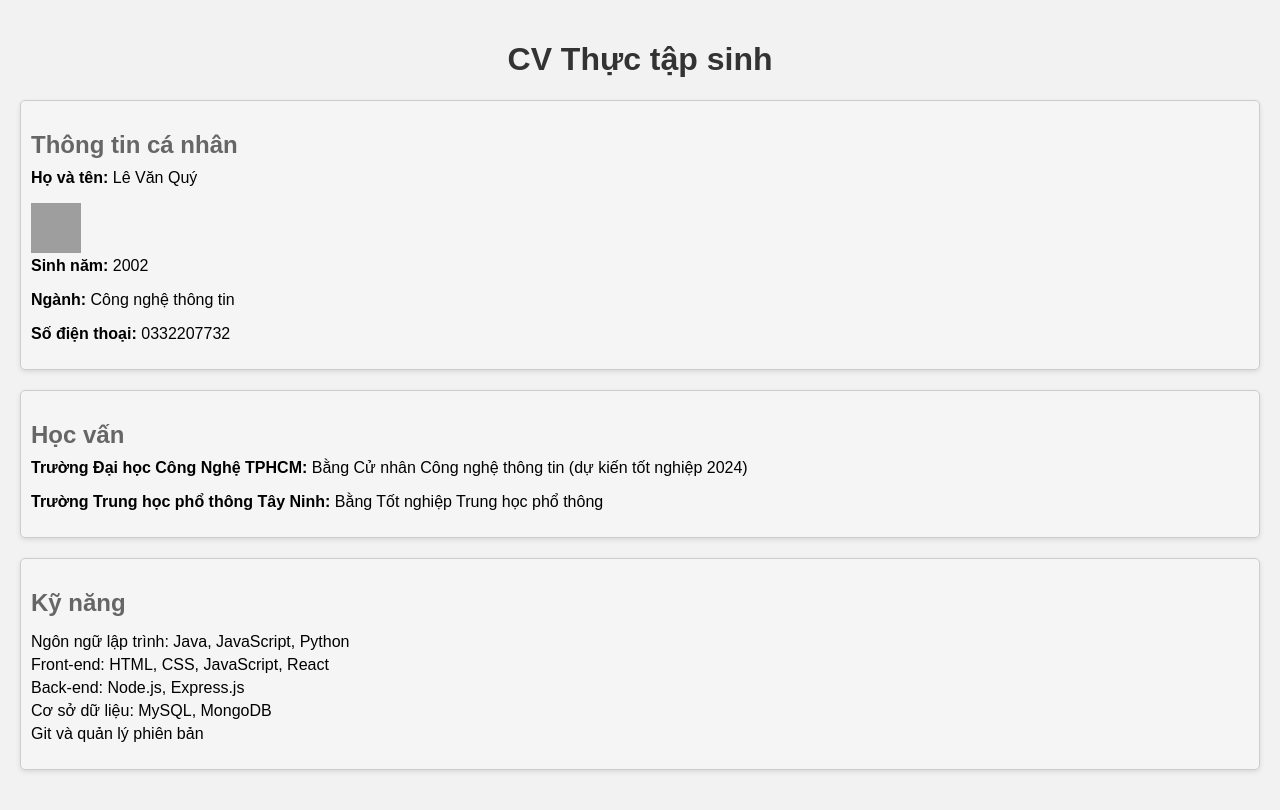
Repository: Quyed1/MonCongCu
Page: index.html
The author's editor kept a copy of each file at every save. The page is drawn from the files as they stood at one save, then again after the next save.
The browser window is 1280 px wide. The pictures show the whole page.
Pictures or frames that could not be fetched are drawn as grey boxes.

Above is the page before, as saved 2024-03-15 10:22:41.

### index.html
<!DOCTYPE html>
<html lang="en">
<head>
  <meta charset="UTF-8">
  <meta name="viewport" content="width=device-width, initial-scale=1.0">
  <title>CV Thực tập sinh</title>
  <style>
    body {
      font-family: Arial, sans-serif;
      margin: 0;
      padding: 20px;
    }
    h1 {
      color: #333;
    }
    h2 {
      color: #666;
      margin-bottom: 10px;
    }
    p {
      margin-top: 0;
    }
    .section {
      margin-bottom: 20px;
    }
    .section-title {
      font-weight: bold;
    }
  </style>
</head>
<body>
  <h1>CV Thực tập sinh</h1>

  <div class="section">
    <h2>Thông tin cá nhân</h2>
    <p><strong>Họ và tên:</strong> Lê Văn Quý</p>
    <img src="https://studiochupanhdep.com/Upload/Images/Album/anh-cv-dep.jpg" alt="Ảnh cá nhân" class="profile-image">
    <p><strong>Sinh năm:</strong> 2002</p>
    <p><strong>Ngành:</strong> Công nghệ thông tin</p>
    <p><strong>Số điện thoại:</strong> 0332207732</p>
  </div>

  <div class="section">
    <h2>Học vấn</h2>
    <p><strong>Trường Đại học Công Nghệ TPHCM:</strong> Bằng Cử nhân Công nghệ thông tin (dự kiến tốt nghiệp 2024)</p>
    <p><strong>Trường Trung học phổ thông Tây Ninh:</strong> Bằng Tốt nghiệp Trung học phổ thông</p>
  </div>

  <div class="section">
    <h2>Kỹ năng</h2>
    <ul>
      <li>Ngôn ngữ lập trình: Java, JavaScript, Python</li>
      <li>Front-end: HTML, CSS, JavaScript, React</li>
      <li>Back-end: Node.js, Express.js</li>
      <li>Cơ sở dữ liệu: MySQL, MongoDB</li>
      <li>Git và quản lý phiên bản</li>
    </ul>
  </div>
</body>
</html>
<link rel="stylesheet" href="style.css">

### style.css
body {
    font-family: Arial, sans-serif;
    margin: 0;
    padding: 20px;
    background-color: #f2f2f2;
  }

  h1 {
    color: #333;
    text-align: center;
  }

  h2 {
    color: #666;
    margin-bottom: 10px;
  }

  p {
    margin-top: 0;
  }

  .section {
    margin-bottom: 20px;
    padding: 10px;
    background-color: #fff;
    border-radius: 5px;
    box-shadow: 0 2px 5px rgba(0, 0, 0, 0.1);
  }

  .section-title {
    font-weight: bold;
  }

  ul {
    list-style-type: none;
    padding: 0;
  }

  li {
    margin-bottom: 5px;
  }

  /* Custom colors */
  body {
    background-color: #f2f2f2;
  }

  h1 {
    color: #333;
  }

  h2 {
    color: #666;
  }

  .section {
    background-color: #fff;
    box-shadow: 0 2px 5px rgba(0, 0, 0, 0.1);
  }

  .profile-image {
    width: 50px;
    height: 50px;
  }
  .section-title {
    font-weight: bold;
  }

  /* Add your custom styles below this line */

  /* Example: Change the color of the section title */
  .section-title {
    color: #ff0000; /* Red */
  }

  /* Example: Change the background color of the section */
  .section {
    background-color: #f5f5f5; /* Light gray */
  }

  /* Example: Change the font size of the paragraphs */
  p {
    font-size: 16px;
  }

  /* Example: Add a border to the sections */
  .section {
    border: 1px solid #ccc;
  }

After the next save:
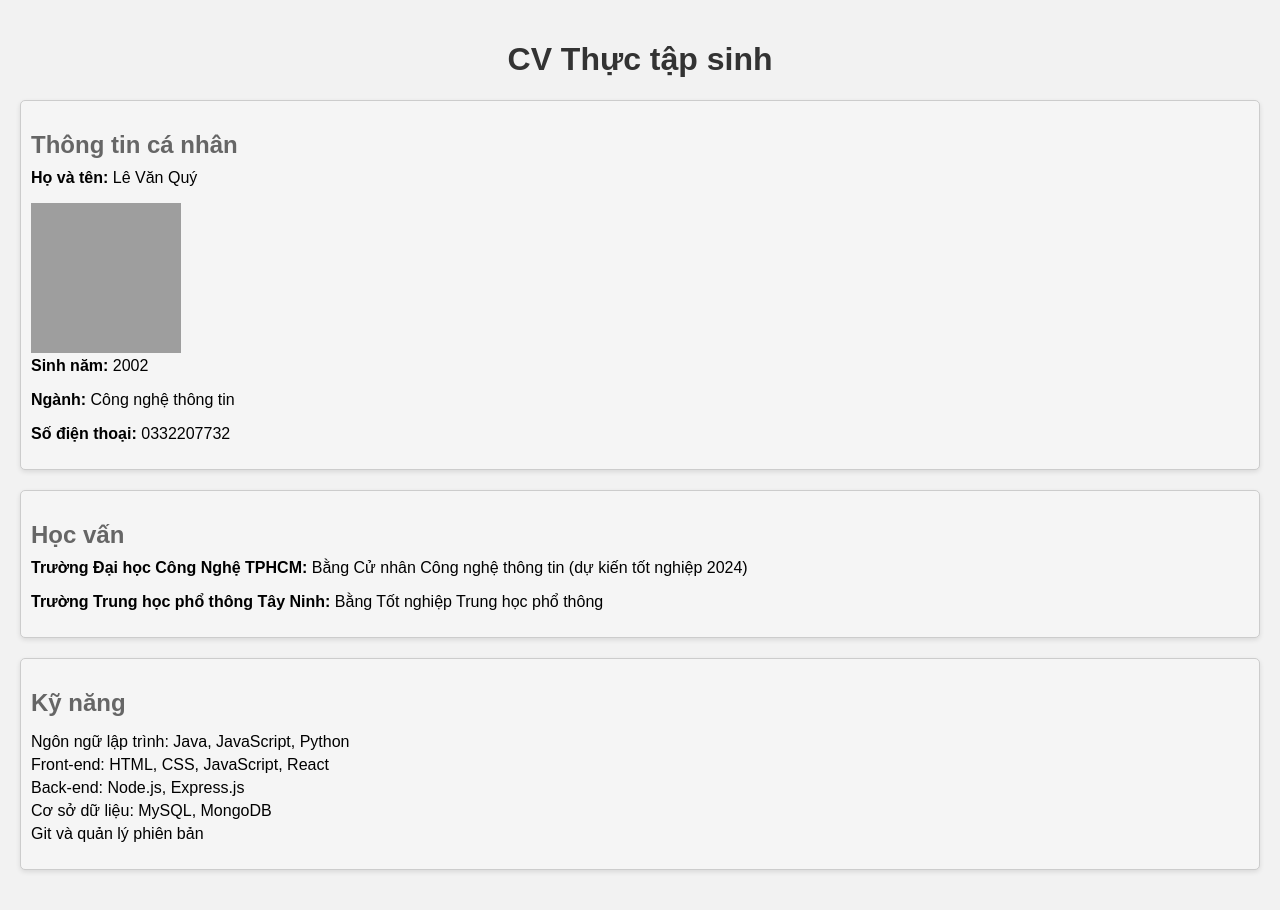
Saved 14 s later.
--- a/style.css
+++ b/style.css
@@ -59,8 +59,8 @@ body {
   }
 
   .profile-image {
-    width: 50px;
-    height: 50px;
+    width: 150px;
+    height: 150px;
   }
   .section-title {
     font-weight: bold;
